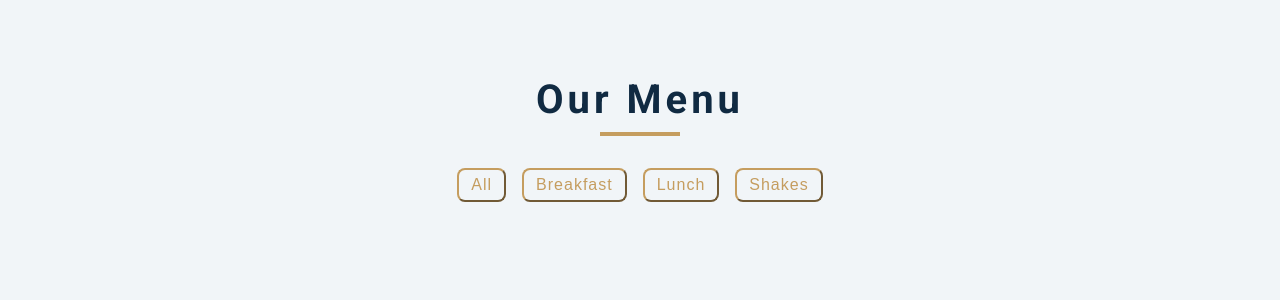
Repository: AnahitKhechumyan/MENUFILTER
Page: index.html
The author's editor kept a copy of each file at every save. The page is drawn from the files as they stood at one save, then again after the next save.
The browser window is 1280 px wide. The pictures show the whole page.
Some web libraries are served in a nearby version.

Above is the page before, as saved 2022-02-17 18:03:26.
Console error: TypeError: Cannot read properties of null (reading 'addEventListener')

After the next save:
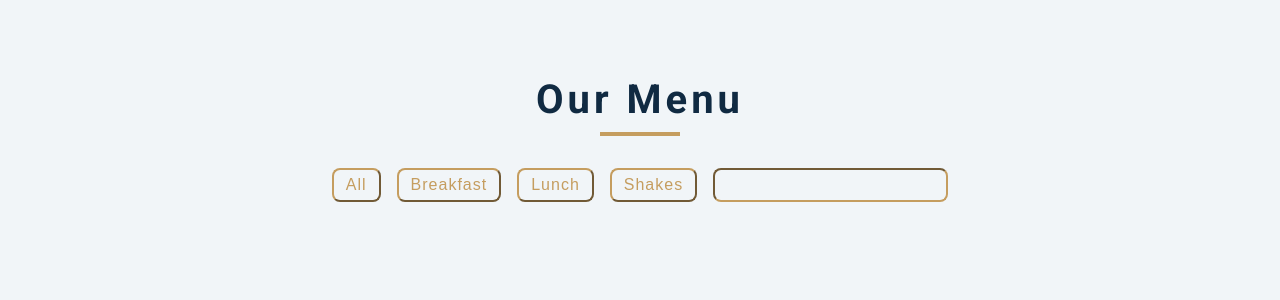
Console error: ReferenceError: diplayMenuItems is not defined
Saved 107 s later.
--- a/index.html
+++ b/index.html
@@ -29,6 +29,7 @@
           <button type="button" class="filter-btn" data-id="shakes">
             shakes
           </button>
+          <input type="search" class="filter-btn" />
       </div>
       <!-- menu items -->
       <div class="section-center">
